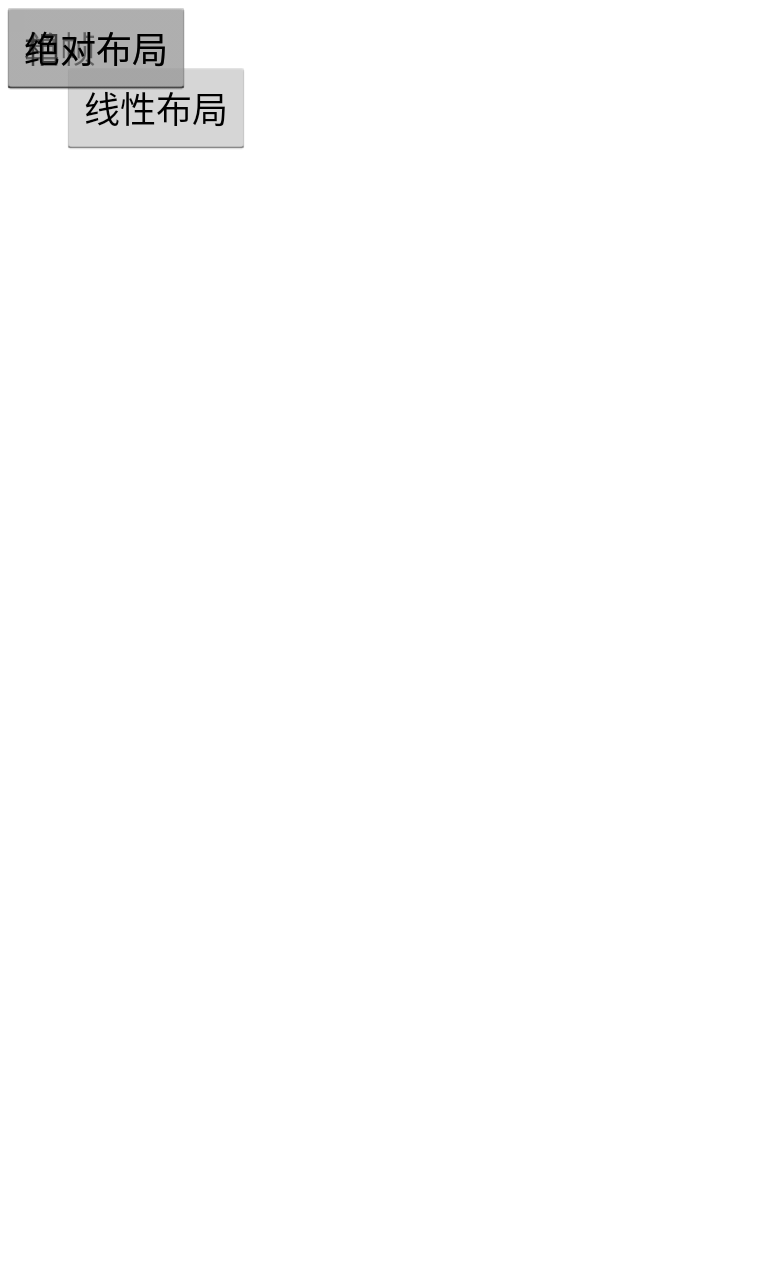
Repository: treizeor/android-examples
Layout: Ch003Layouts/res/layout/absolutelayout_main.xml
These files come from the project's save history. The layout is drawn as it stood at one moment and after the next save; the edit follows.
It is drawn on a 768 x 1280 px phone screen (xhdpi) without system bars, with theme AppTheme; the app's code is not run.

Above is the layout before, as saved 2014-06-02 03:40:26.

After the next save:
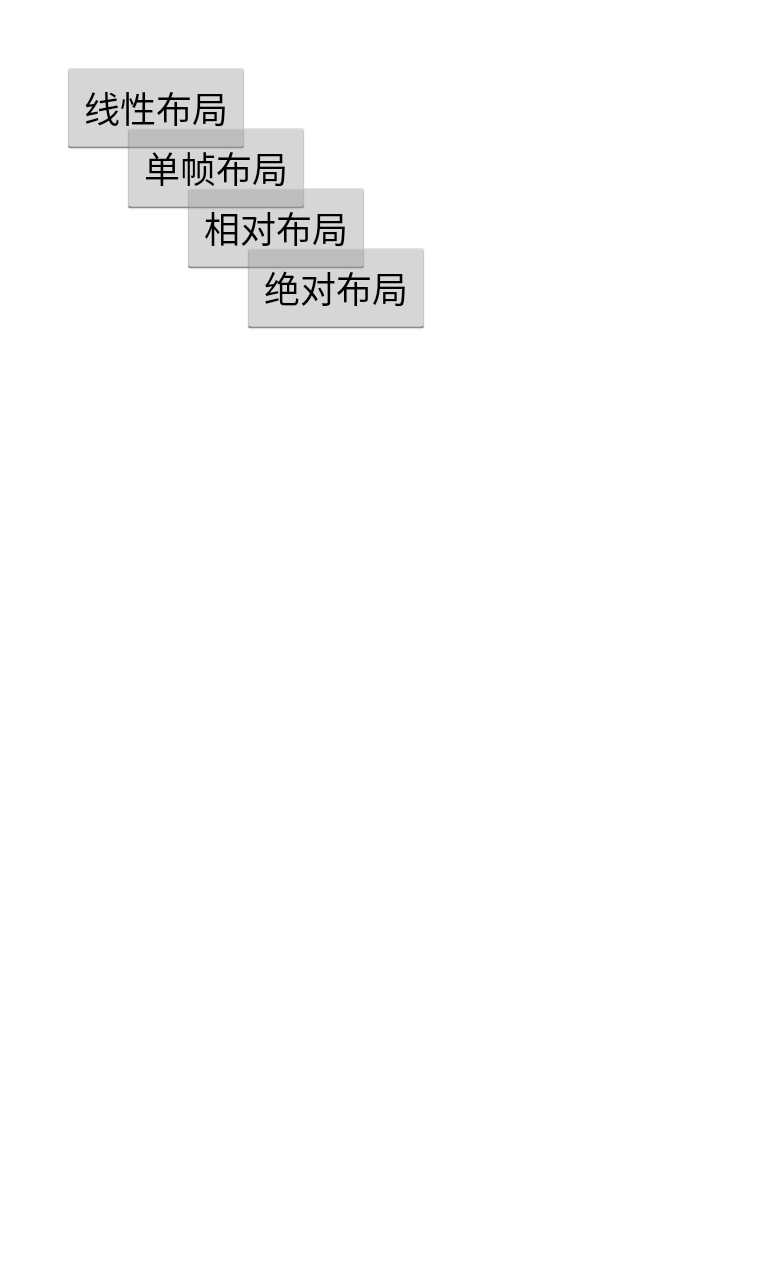
Saved 39 s later.
--- a/Ch003Layouts/res/layout/absolutelayout_main.xml
+++ b/Ch003Layouts/res/layout/absolutelayout_main.xml
@@ -14,18 +14,24 @@
         android:id="@+id/frame"
         android:layout_width="wrap_content"
         android:layout_height="wrap_content"
+         android:layout_x="60dp"
+        android:layout_y="60dp"
         android:text="@string/frame" />
 
     <Button
         android:id="@+id/relative"
         android:layout_width="wrap_content"
         android:layout_height="wrap_content"
+         android:layout_x="90dp"
+        android:layout_y="90dp"
         android:text="@string/relative" />
 
     <Button
         android:id="@+id/abs"
         android:layout_width="wrap_content"
         android:layout_height="wrap_content"
+         android:layout_x="120dp"
+        android:layout_y="120dp"
         android:text="@string/abs" />
 
 </AbsoluteLayout>
